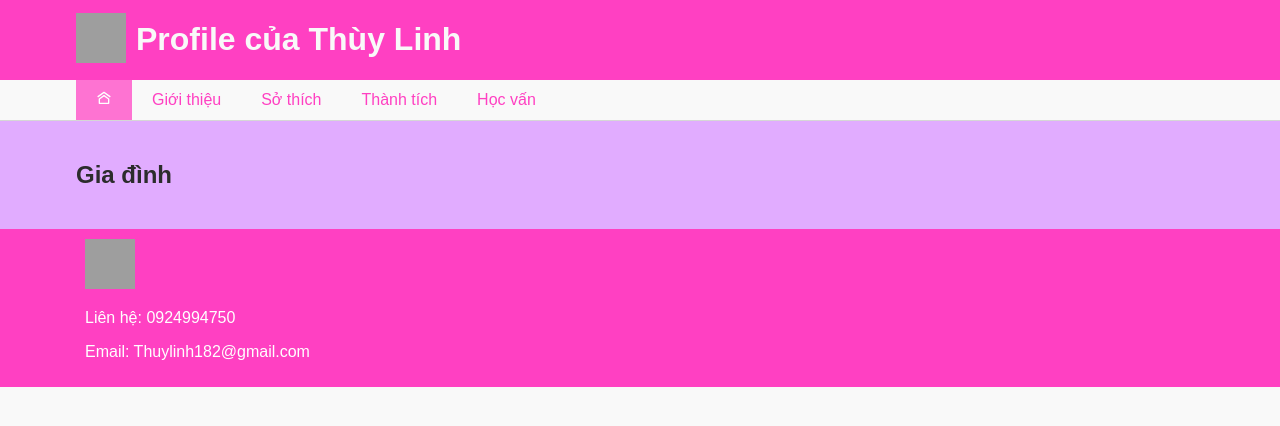
Repository: DucLong-PD07979/profile-vu-thuy-linh
Page: gia-dinh.html
These files come from the project's save history. The page is drawn as it stood at one moment and after a run of saves; the edit follows.
The browser window is 1280 px wide. The pictures show the whole page.
Pictures or frames that could not be fetched are drawn as grey boxes.

Above is the page before, as saved 2025-03-08 21:41:25.
Not found: script.js

After the next 2 saves:
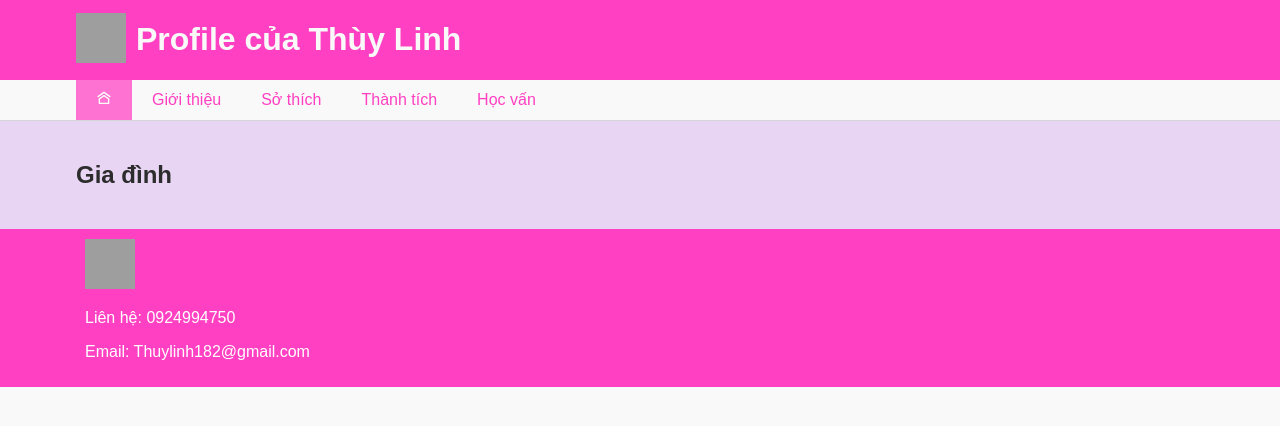
The 2 saves are shown as one change because they came seconds apart.
The last was saved 8 s later.
--- a/css/main.css
+++ b/css/main.css
@@ -169,7 +169,7 @@ nav ul li:hover .menu-children {
 /* gia dinh */
 
 #family-section {
-    background-color: #e1acff;
+    background-color: #e8d5f3;
     width: 100%;
     padding: 20px 0;
 }
